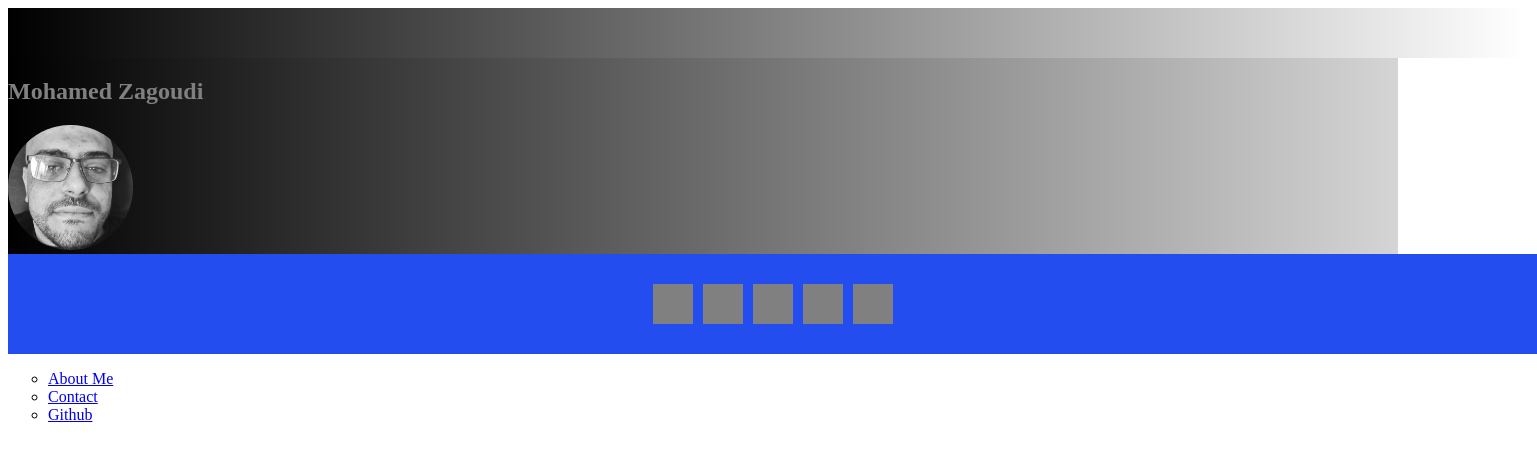
Repository: Mohzagou/Eersteportofolio
Page: index.html
The author's editor kept a copy of each file at every save. The page is drawn from the files as they stood at one save, then again after the next save.
The browser window is 1280 px wide. The page is 1537 px wide, so the pictures cover 1537 px, including what lies to the right of the window. The pictures show the whole page.

Above is the page before, as saved 2022-06-07 22:59:27.

After the next save:
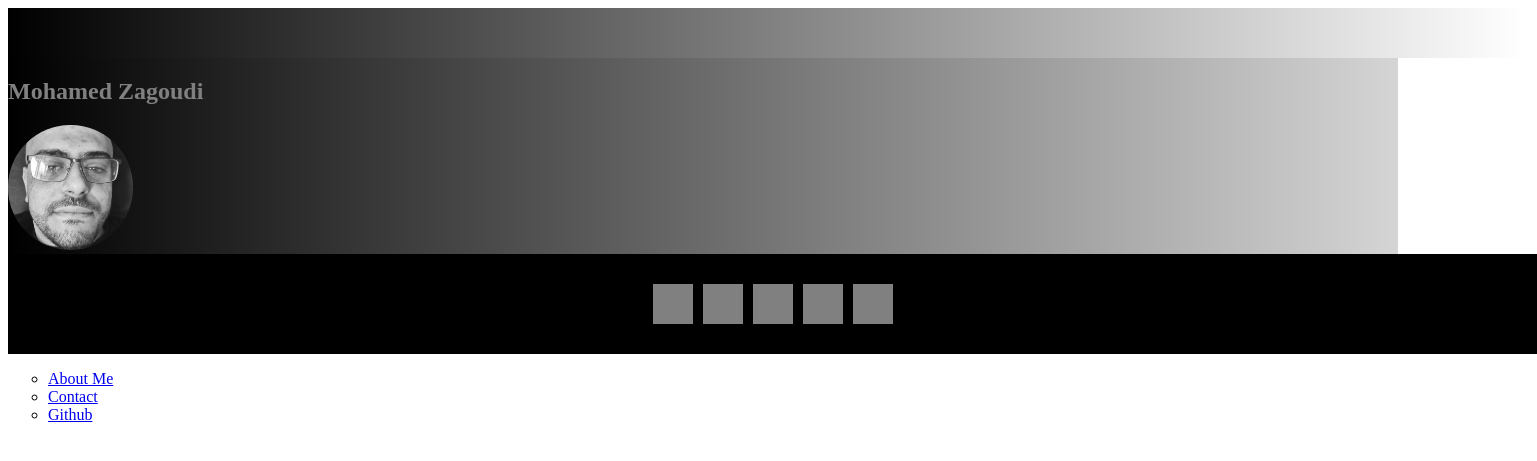
Saved 17 s later.
--- a/styles.css
+++ b/styles.css
@@ -14,7 +14,7 @@ section {
     width: 110%;
     height: 100px;
     repeating-linear-gradient(-115deg, transparent, transparent 20px, rgba(255, 255, 255, 0.1) 20px, rgba(255, 255, 255, 0.1) 40px);
-    background-color: #234def;
+    background-color: black;
     display: flex;
     align-items: center;
     justify-content: center;
